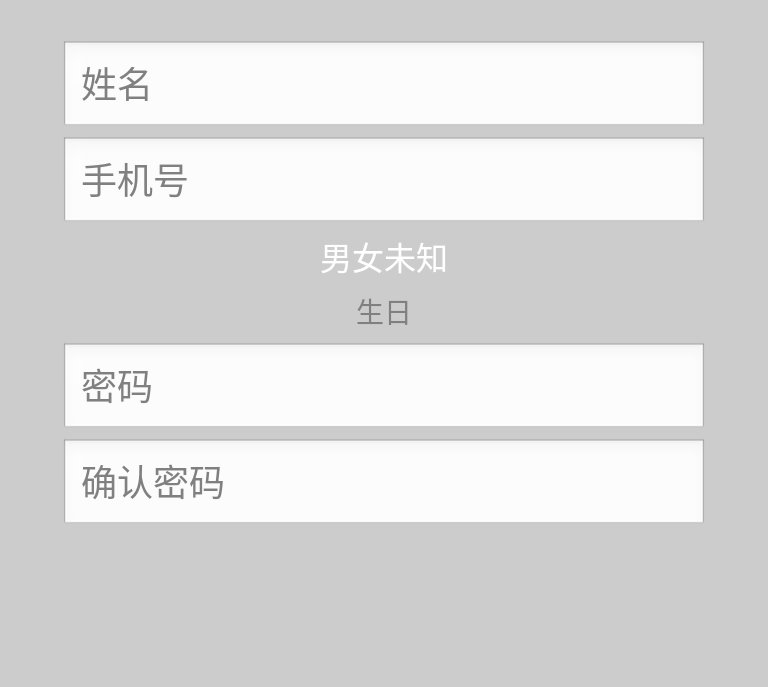
Repository: ligl/YuZhong
Layout: YuZhong/res/layout/process_user.xml
An editor plug-in stored every save of this project. The layout is shown before and after the next save, followed by the edit.
The pictures show rows 593 to 1280 of an output 1280 px tall.
It is drawn on a 768 x 1280 px phone screen (xhdpi) without system bars, with theme android:Theme.Black.NoTitleBar; the app's code is not run.

Above is the layout before, as saved 2012-08-02 15:40:17.

### YuZhong/res/layout/process_user.xml
<?xml version="1.0" encoding="utf-8"?>
<ScrollView xmlns:android="http://schemas.android.com/apk/res/android"
    xmlns:app="http://schemas.android.com/apk/res/cn.amose.yuzhong"
    android:layout_width="match_parent"
    android:layout_height="match_parent"
    android:background="#ccc" >

    <LinearLayout
        android:layout_width="match_parent"
        android:layout_height="wrap_content"
        android:orientation="vertical" >

        <RelativeLayout
            android:layout_width="match_parent"
            android:layout_height="wrap_content"
            android:layout_margin="10dp" >

            <ImageButton
                android:layout_width="wrap_content"
                android:layout_height="wrap_content"
                android:layout_alignParentLeft="true"
                android:layout_centerVertical="true"
                android:background="@null"
                android:onClick="onBackClick"
                android:scaleType="fitCenter"
                android:src="@drawable/common_button_back" />

            <ImageButton
                android:layout_width="wrap_content"
                android:layout_height="wrap_content"
                android:layout_alignParentRight="true"
                android:layout_centerVertical="true"
                android:background="@null"
                android:onClick="onCommitClick"
                android:scaleType="fitCenter"
                android:src="@drawable/common_button_commit" />
        </RelativeLayout>

        <FrameLayout
            android:layout_width="@dimen/common_avatar_width"
            android:layout_height="@dimen/common_avatar_height"
            android:layout_gravity="center_horizontal"
            android:layout_marginBottom="20dp" >

            <cn.amose.yuzhong.widget.AsyncImageView
                android:id="@+id/iv_process_user_avatar"
                android:layout_width="@dimen/common_avatar_width"
                android:layout_height="@dimen/common_avatar_height"
                android:layout_gravity="center_horizontal"
                android:background="#f1000000"
                android:scaleType="fitCenter"
                app:defaultSrc="@drawable/ic_launcher" />

            <ImageButton
                android:layout_width="wrap_content"
                android:layout_height="wrap_content"
                android:layout_gravity="bottom|right"
                android:background="@null"
                android:onClick="onAvatarChooserClick"
                android:scaleType="fitCenter"
                android:src="@drawable/common_button_commit" />
        </FrameLayout>

        <LinearLayout
            android:layout_width="match_parent"
            android:layout_height="wrap_content"
            android:layout_marginLeft="30dp"
            android:layout_marginRight="30dp"
            android:orientation="vertical" >

            <EditText
                android:id="@+id/et_process_user_name"
                android:layout_width="match_parent"
                android:layout_height="wrap_content"
                android:hint="@string/process_user_hint_name"
                android:inputType="textPersonName"
                android:singleLine="true" />

            <EditText
                android:id="@+id/et_process_user_mobile"
                android:layout_width="match_parent"
                android:layout_height="wrap_content"
                android:hint="@string/process_user_hint_mobile"
                android:inputType="phone"
                android:singleLine="true" />

            <RadioGroup
                android:layout_width="match_parent"
                android:layout_height="wrap_content"
                android:gravity="center_horizontal"
                android:orientation="horizontal" >

                <RadioButton
                    android:id="@+id/rbtn_process_user_gender_male"
                    android:layout_width="wrap_content"
                    android:layout_height="wrap_content"
                    android:button="@null"
                    android:text="男" />

                <RadioButton
                    android:id="@+id/rbtn_process_user_gender_female"
                    android:layout_width="wrap_content"
                    android:layout_height="wrap_content"
                    android:button="@null"
                    android:text="女" />

                <RadioButton
                    android:id="@+id/rbtn_process_user_gender_unkown"
                    android:layout_width="wrap_content"
                    android:layout_height="wrap_content"
                    android:button="@null"
                    android:text="未知" />
            </RadioGroup>

            <TextView
                android:id="@+id/tv_process_user_birthday"
                android:layout_width="match_parent"
                android:layout_height="wrap_content"
                android:clickable="true"
                android:gravity="center"
                android:hint="@string/process_user_hint_birthday"
                android:padding="5dp" />

            <EditText
                android:id="@+id/et_process_user_password"
                android:layout_width="match_parent"
                android:layout_height="wrap_content"
                android:hint="@string/process_user_hint_password"
                android:inputType="textPassword"
                android:singleLine="true" />

            <EditText
                android:id="@+id/et_process_user_repassword"
                android:layout_width="match_parent"
                android:layout_height="wrap_content"
                android:hint="@string/process_user_hint_repassword"
                android:inputType="textPassword"
                android:singleLine="true" />
        </LinearLayout>
    </LinearLayout>

</ScrollView>

### YuZhong/res/values/dimens.xml
<?xml version="1.0" encoding="utf-8"?>
<resources>

    <dimen name="common_avatar_width">250dp</dimen>
    <dimen name="common_avatar_height">250dp</dimen>

</resources>

### YuZhong/res/values/strings.xml
<?xml version="1.0" encoding="utf-8"?>
<resources>

    <string name="app_name">羽众</string>
    <string name="common_toast_connectionfailed">网络连接失败</string>
    <string name="common_toast_connectionnodata">获取数据失败，请重试</string>
    <string name="common_toast_jsonparseerror">JSON解析数据出错</string>
    <string name="common_toast_nodata">没有搜索到您需要的数据</string>
    <string name="common_toast_error">操作失败</string>
    <string name="common_toast_sdcarderror">SD卡不可用，请确认您的SD卡可以正常使用</string>
    <string name="common_toast_sdcardspaceerror">SD卡空间不足</string>
    <string name="common_toast_uploaderror">上传文件失败</string>
    <string name="common_toast_unsupport">不支持该文件类型</string>
    <string name="common_label_loading">正在加载,请稍候...</string>
    <!-- pull to refresh -->
    <string name="pull_to_refresh_pull_label">下拉刷新...</string>
    <string name="pull_to_refresh_release_label">松开即可刷新...</string>
    <string name="pull_to_refresh_refreshing_label">正在加载...</string>
    <string name="pull_to_refresh_tap_label">点击刷新...</string>
    <string name="login_label_login">登录</string>
    <string name="login_label_register">注册</string>
    <string name="login_hint_password">密码</string>
    <string name="login_hint_mobile">手机号</string>
    <string name="process_user_hint_name">姓名</string>
    <string name="process_user_hint_mobile">手机号</string>
    <string name="process_user_hint_birthday">生日</string>
    <string name="process_user_hint_password">密码</string>
    <string name="process_user_hint_repassword">确认密码</string>
    <string name="process_user_toast_registerfailed">注册失败</string>

</resources>

After the next save:
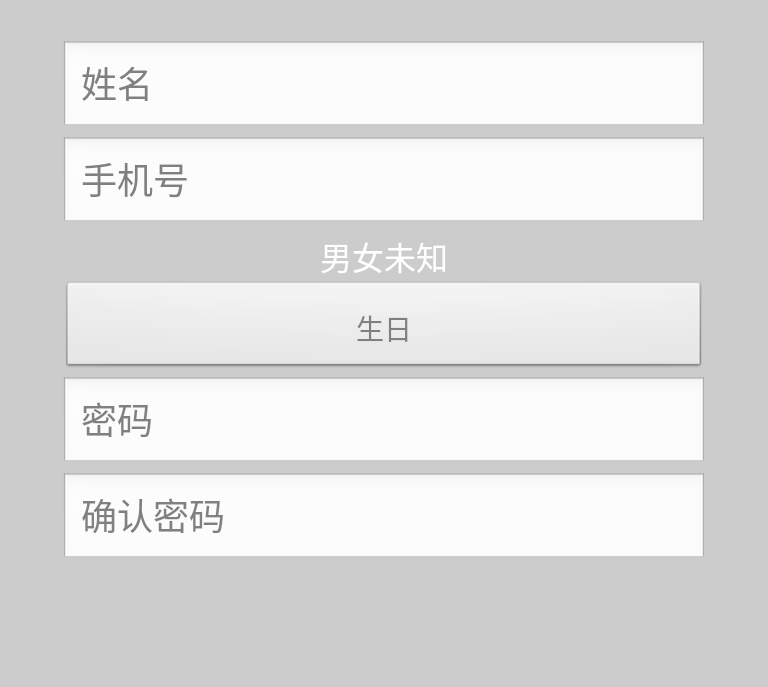
Saved 12 s later.
--- a/YuZhong/res/layout/process_user.xml
+++ b/YuZhong/res/layout/process_user.xml
@@ -112,7 +112,7 @@
                     android:text="未知" />
             </RadioGroup>
 
-            <TextView
+            <Button
                 android:id="@+id/tv_process_user_birthday"
                 android:layout_width="match_parent"
                 android:layout_height="wrap_content"
